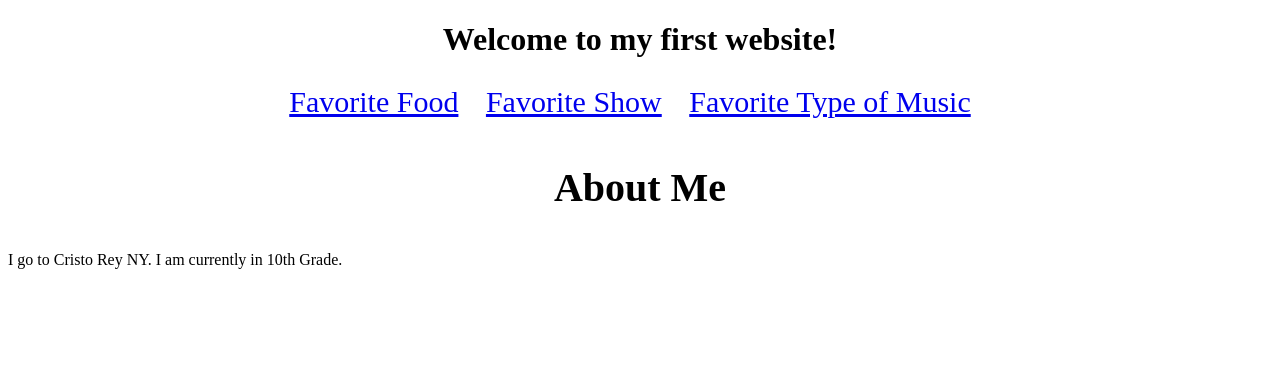
Repository: MM1323/unit9lesson1_startercode
Page: index.html
The author's editor kept a record of every edit. The page is drawn from the files as they stood at one moment, then again after the next edit.
The browser window is 1280 px wide. The pictures show the whole page.

Above is the page before.

After the next edit:
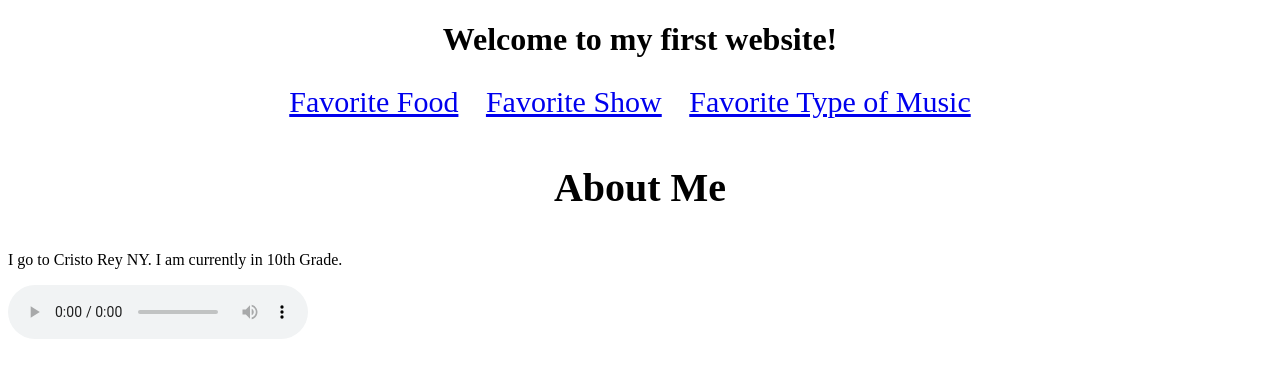
The edit:
--- a/style/homestyle.css
+++ b/style/homestyle.css
@@ -2,7 +2,7 @@
     background-color: #CCFFCC;
 }
 
-audio {
+.sia {
    display:none;
 }
 
